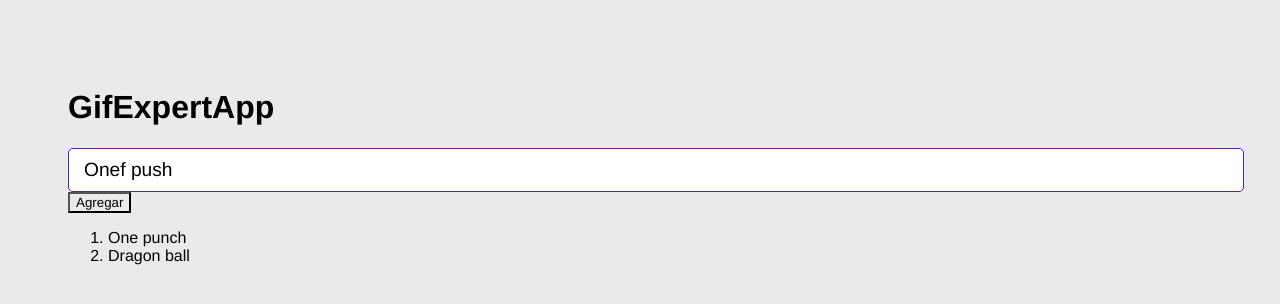
Repository: mmg0206/react-gif-expert
Page: /
An editor plug-in stored every save of this project. The page is shown before and after the next save, followed by the edit.
The browser window is 1280 px wide. The pictures show the whole page.
The project was rebuilt for these pictures with package versions that can differ from the ones it lists, and the page was loaded fresh each time. Also part of the build but not shown: vite.config.js.

Above is the page before, as saved 2024-04-13 20:14:46.

After the next save:
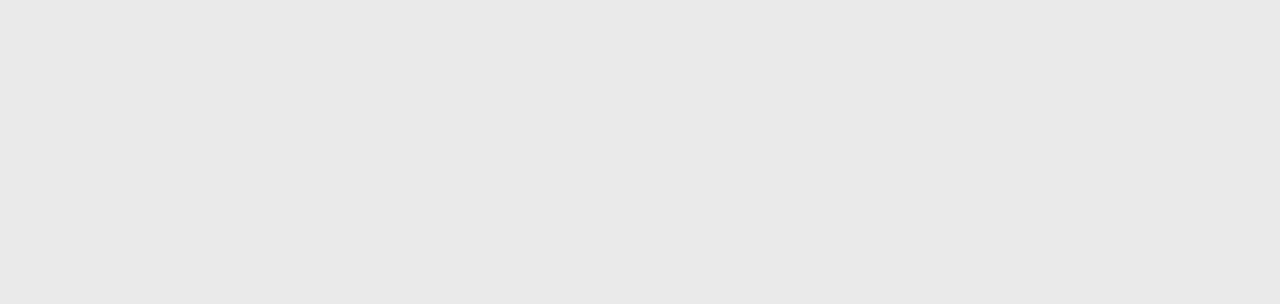
Console error: ReferenceError: s is not defined
Saved 7 s later.
--- a/src/components/AddCategory.jsx
+++ b/src/components/AddCategory.jsx
@@ -11,7 +11,7 @@
         event.preventDefault();
         console.log(inputValue);
     }
-
+s
     return (
         <form onSubmit={(e)=>onSubmit(e)}>
             <input

After the save that followed:
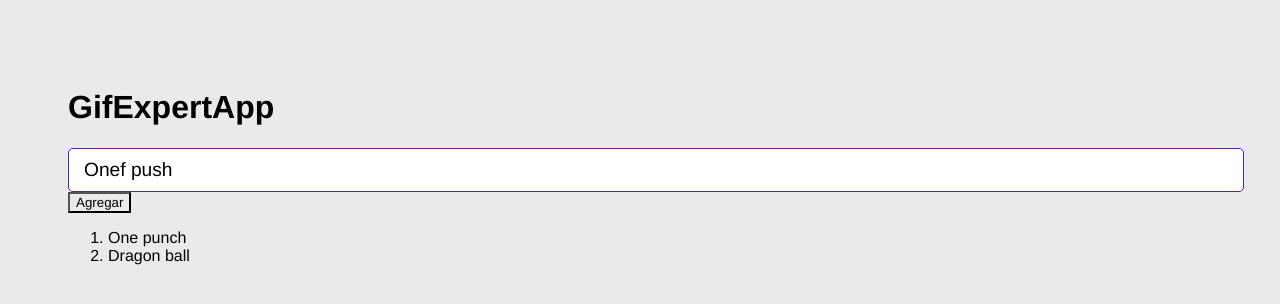
The error is gone.
Saved 4 s later.
--- a/src/components/AddCategory.jsx
+++ b/src/components/AddCategory.jsx
@@ -11,7 +11,7 @@
         event.preventDefault();
         console.log(inputValue);
     }
-s
+
     return (
         <form onSubmit={(e)=>onSubmit(e)}>
             <input
